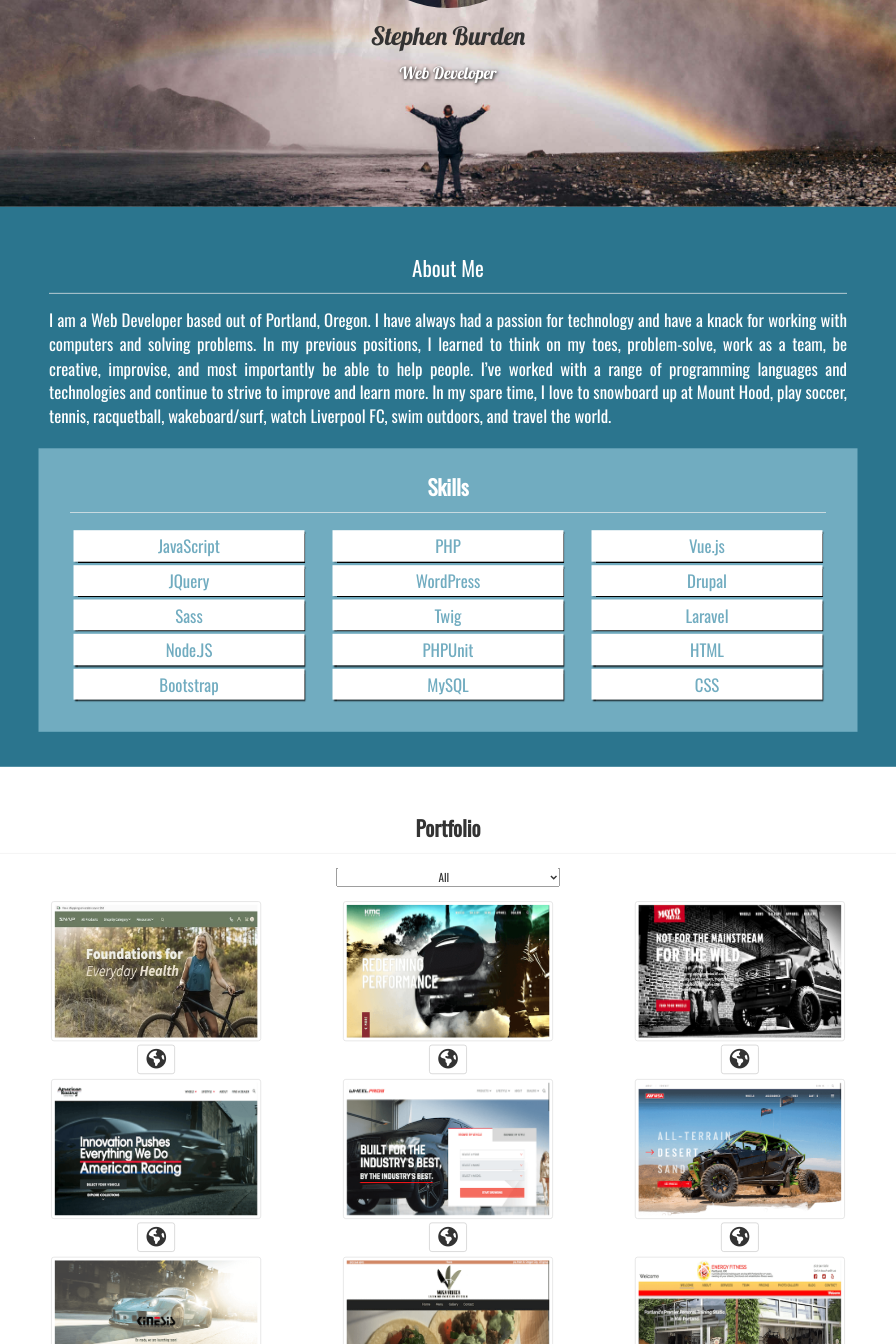
Repository: spburden/portfolio
Page: index.html
These files come from the project's save history. The page is drawn as it stood at one moment and after the next save; the edit follows.
The browser window is 1280 px wide. The pictures show the part of the page from y = 489 to 2409 px (the page is 4185 px tall), at 70% of full size.
Some web libraries are served in a nearby version.

Above is the page before, as saved 2019-07-31 00:36:56.

After the next save:
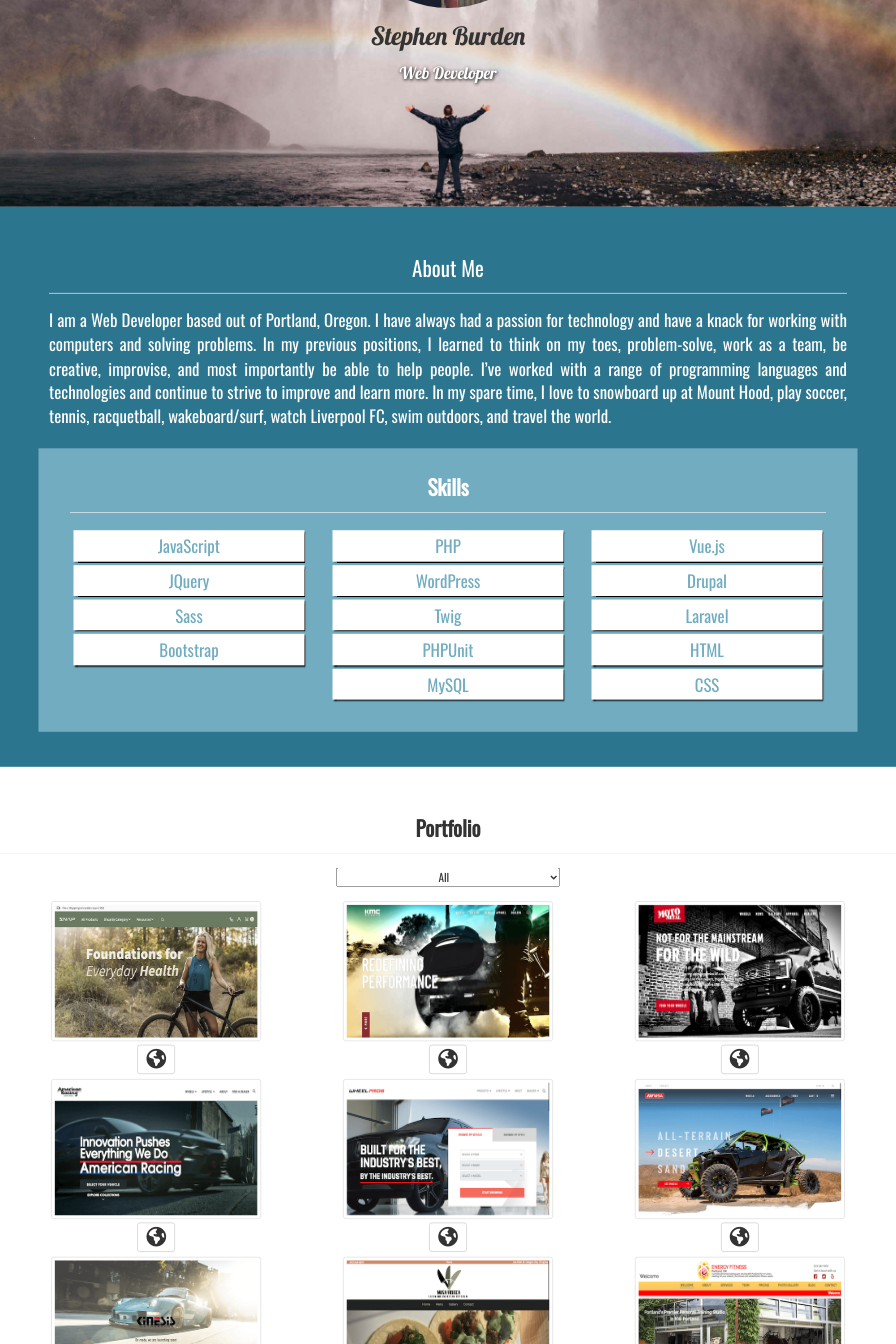
Saved 21 s later.
--- a/index.html
+++ b/index.html
@@ -77,7 +77,7 @@
             <li>JQuery</li>
             <!-- <li>TypeScript</li> -->
             <li>Sass</li>
-            <li>Node.JS</li>
+            <!-- <li>Node.JS</li> -->
             <li>Bootstrap</li>
             <!-- <li>Ember</li> -->
             <!-- <li>Angular 2</li> -->
